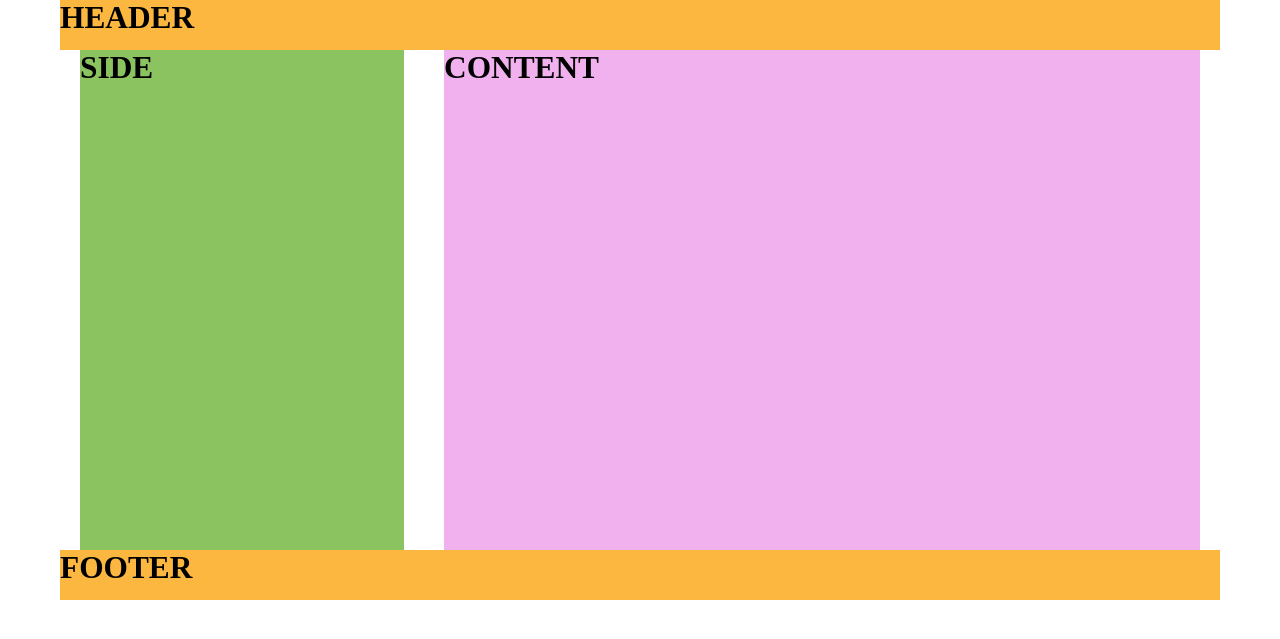
Repository: DuongThanhLong/Basic-responsive-HTML--CSS
Page: Flexbox/index.html
An editor plug-in stored every save of this project. The page is shown before and after the next save, followed by the edit.
The browser window is 1280 px wide. The pictures show the whole page.

Above is the page before, as saved 2021-09-21 20:19:27.

### Flexbox/index.html
<!DOCTYPE html>
<html lang="en">

<head>
    <meta charset="UTF-8">
    <meta http-equiv="X-UA-Compatible" content="IE=edge">
    <meta name="viewport" content="width=device-width, initial-scale=1.0">
    <title>Flexbox</title>
    <link rel="stylesheet" href="./style.css">
</head>

<body>
    <header>HEADER</header>
    <div class="center">
        <div class="side">SIDE</div>
        <div class="content">CONTENT</div>
    </div>
    <footer>FOOTER</footer>
</body>

</html>

### Flexbox/style.css
* {
    box-sizing: inherit;
    margin: 0 20px 0 20px;
    padding: 0;
    font-size: 1.4rem;
}

header {
    font-weight: bold;
    background-color: #FCB741;
    height: 50px;
}

.center {
    display: flex;
    height: 500px;
}

.side {
    font-weight: bold;
    width: 30%;
    background-color: #8BC360;
}

.content {
    font-weight: bold;
    width: 70%;
    background-color: #F1B1EE;
}

footer {
    font-weight: bold;
    background-color: #FCB741;
    height: 50px;
}

After the next save:
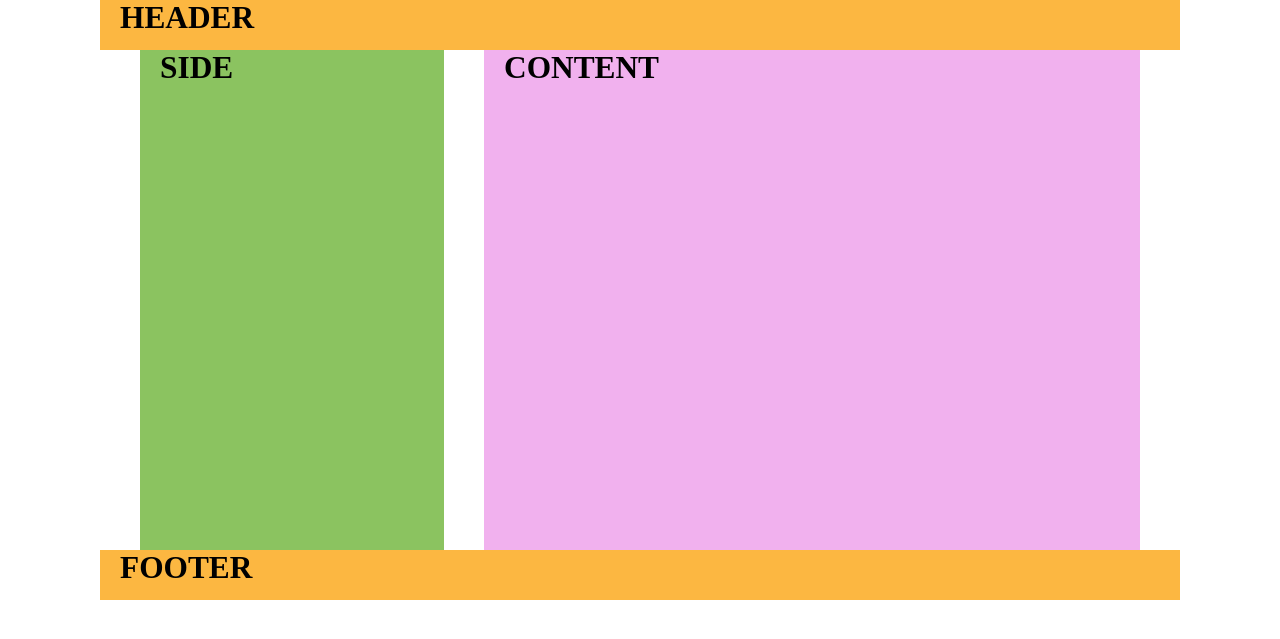
Saved 20 s later.
--- a/Flexbox/style.css
+++ b/Flexbox/style.css
@@ -1,7 +1,7 @@
 * {
     box-sizing: inherit;
     margin: 0 20px 0 20px;
-    padding: 0;
+    padding: 0 20px 0 20px;
     font-size: 1.4rem;
 }
 

After the save that followed:
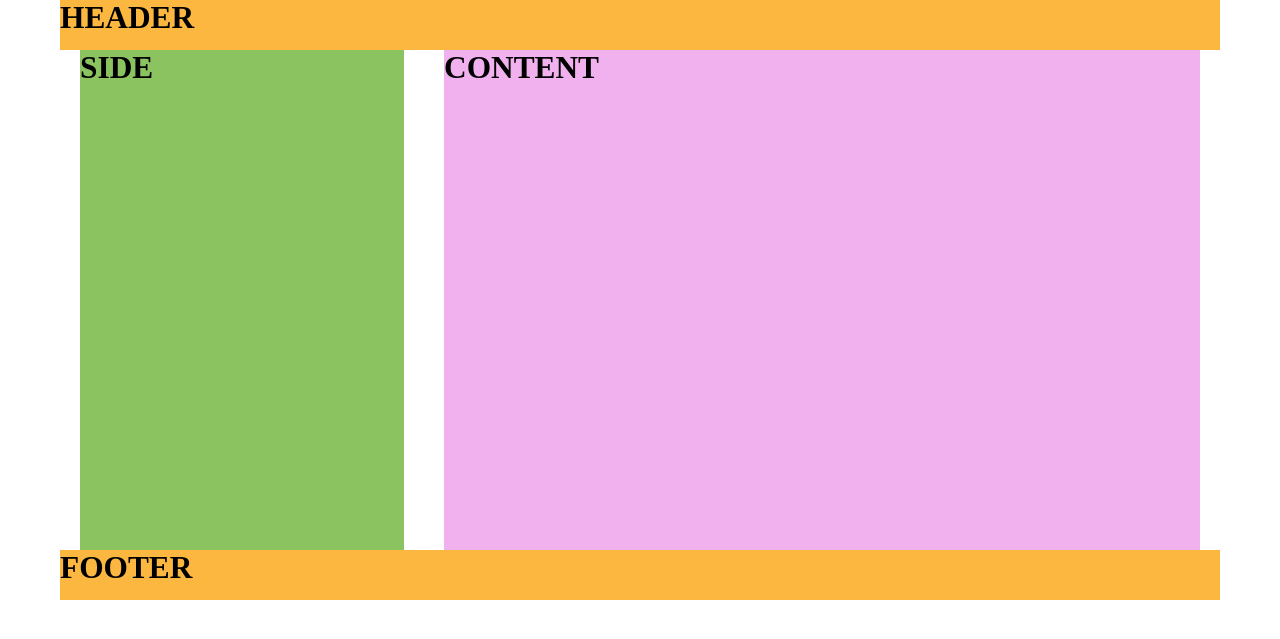
Saved 26 s later.
--- a/Flexbox/style.css
+++ b/Flexbox/style.css
@@ -1,7 +1,7 @@
 * {
     box-sizing: inherit;
     margin: 0 20px 0 20px;
-    padding: 0 20px 0 20px;
+    padding: 0;
     font-size: 1.4rem;
 }
 
